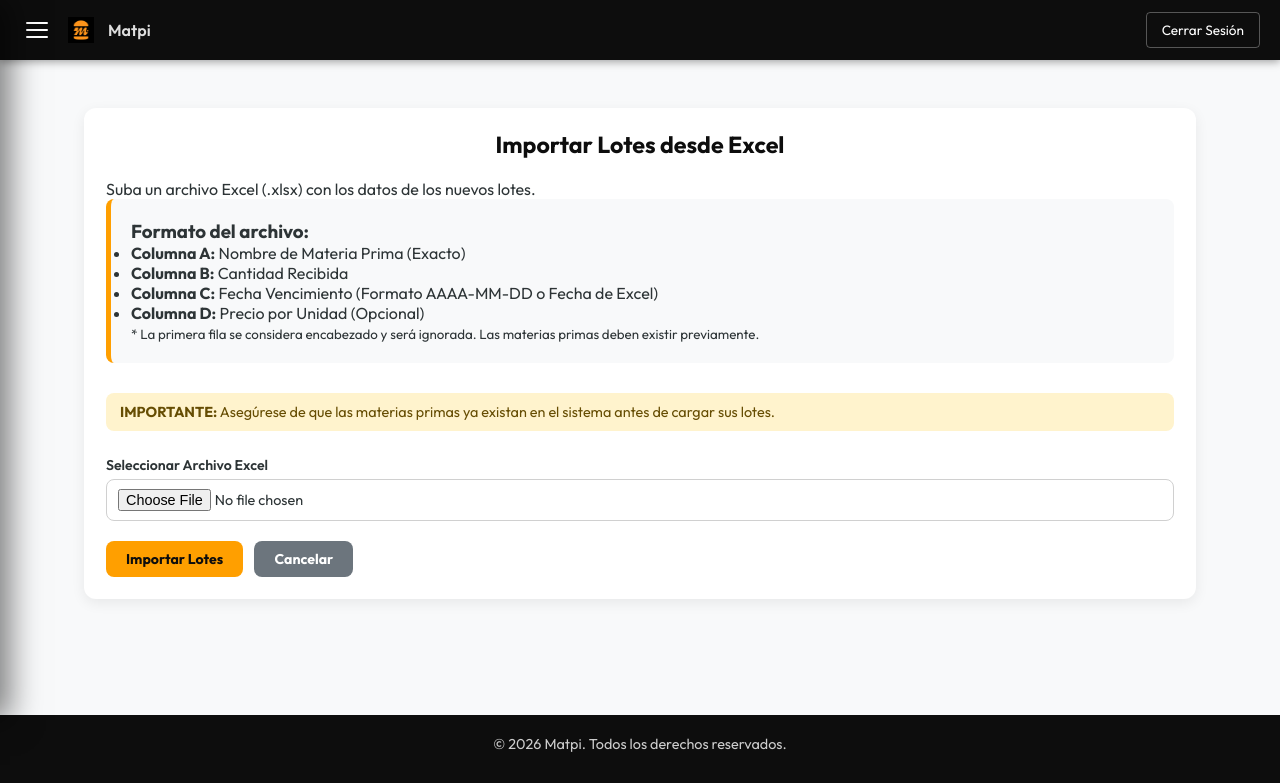
Repository: JuanFelipeNieto/MATPI-Python
Page: MATPI/materia_prima/templates/materia_prima/importar_lotes.html
The author's editor kept a copy of each file at every save. The page is drawn from the files as they stood at one save, then again after the next save.
The browser window is 1280 px wide. The pictures show the whole page.
The template is drawn by Django 5.2. The application's start-up code is not run. The template is opened directly, without the code that normally fills it, so the values that code supplies are empty.

Above is the page before, as saved 2026-03-21 16:41:52.

After the next save:
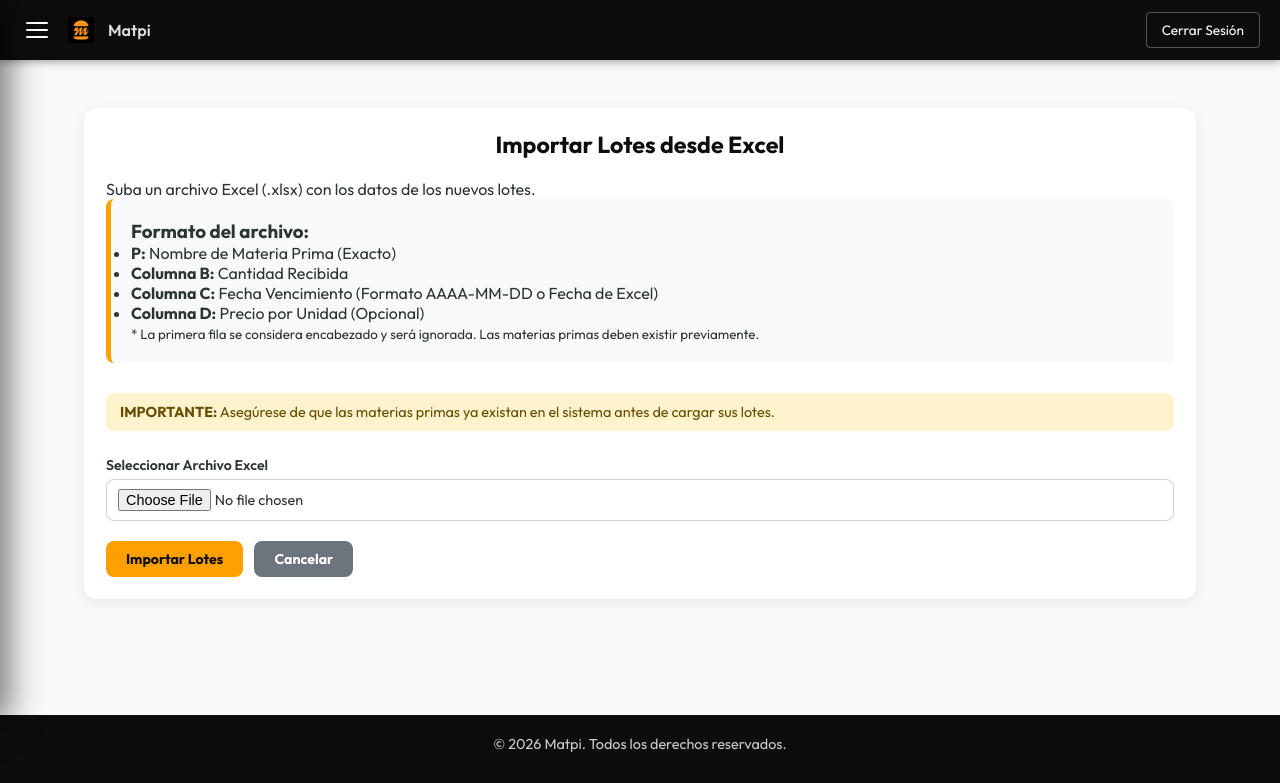
Saved 50 s later.
--- a/MATPI/materia_prima/templates/materia_prima/importar_lotes.html
+++ b/MATPI/materia_prima/templates/materia_prima/importar_lotes.html
@@ -10,7 +10,7 @@
     <div style="background: #f8f9fa; padding: 20px; border-radius: 8px; margin-bottom: 30px; border-left: 5px solid var(--primary);">
         <h3 style="margin-top: 0;">Formato del archivo:</h3>
         <ul>
-            <li><strong>Columna A:</strong> Nombre de Materia Prima (Exacto)</li>
+            <li><strong>P:</strong> Nombre de Materia Prima (Exacto)</li>
             <li><strong>Columna B:</strong> Cantidad Recibida</li>
             <li><strong>Columna C:</strong> Fecha Vencimiento (Formato AAAA-MM-DD o Fecha de Excel)</li>
             <li><strong>Columna D:</strong> Precio por Unidad (Opcional)</li>
